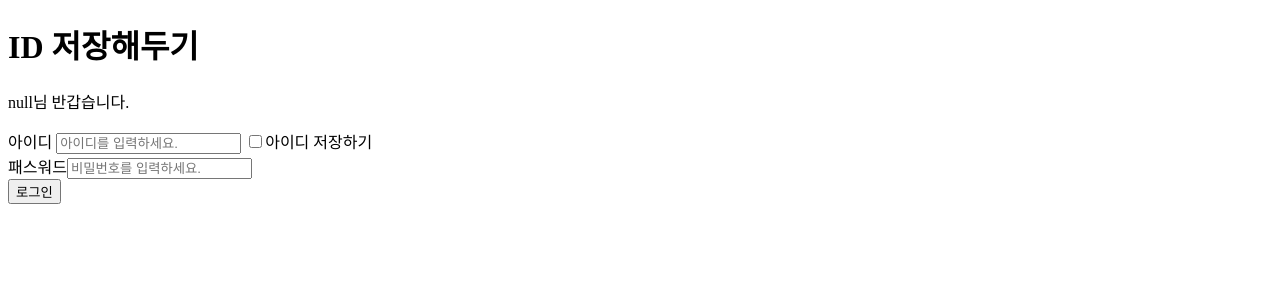
Repository: pro-hk/jsp
Page: http://localhost/chap05/id_save_session.jsp
The author's editor kept a copy of each file at every save. The page is drawn from the files as they stood at one save, then again after the next save.
The browser window is 1280 px wide. The pictures show the whole page.
The page is served by Tomcat 9.

Above is the page before, as saved 2022-01-25 04:55:10.

### chap05/src/main/webapp/id_save_session.jsp
<%@ page language="java" contentType="text/html; charset=UTF-8"
    pageEncoding="UTF-8"%>
<%
	String loginID = "";
	String isChecked = "";
	// 쿠키 읽기
	Cookie cookies[] = request.getCookies();
	if(cookies!=null) {
		for(Cookie cookie : cookies) {
			String cookieName = cookie.getName();
			if(cookieName.equals("loginID")) {
				loginID = cookie.getValue();
			}
		}
	}
	if(!loginID.equals("")) isChecked = "checked";

	String login_user = (String)session.getAttribute("login_user");
%>
<!DOCTYPE html>
<html>
<head>
<meta charset="UTF-8">
<title>ID저장</title>
</head>
<body>
	<h1>ID 저장해두기</h1>
	<p><%= login_user %>님 반갑습니다.</p>
	<form action="id_save_session_process.jsp" method="post">
		<div>
			<label>
				<span>아이디</span>
				<input type="text" name="user_id" value="<%= loginID %>" placeholder="아이디를 입력하세요.">
			</label>
			<label><input type="checkbox" name="save_check" value="yes" <%= isChecked %>>아이디 저장하기</label>
		</div>
		<div>
			<label><span>패스워드</span><input type="password" name="user_pw" placeholder="비밀번호를 입력하세요."></label>
		</div>
		<div>
			<button>로그인</button>
		</div>
	</form>
</body>
</html>

After the next save:
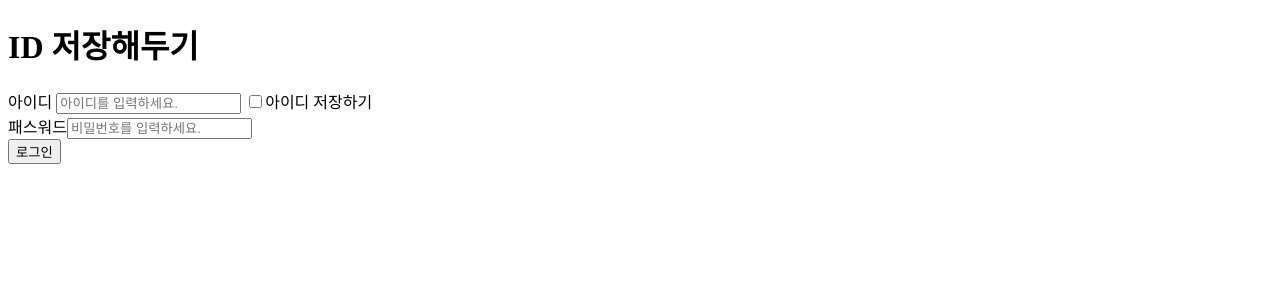
Saved 30 s later.
--- a/chap05/src/main/webapp/id_save_session.jsp
+++ b/chap05/src/main/webapp/id_save_session.jsp
@@ -25,7 +25,6 @@
 </head>
 <body>
 	<h1>ID 저장해두기</h1>
-	<p><%= login_user %>님 반갑습니다.</p>
 	<form action="id_save_session_process.jsp" method="post">
 		<div>
 			<label>

After the save that followed:
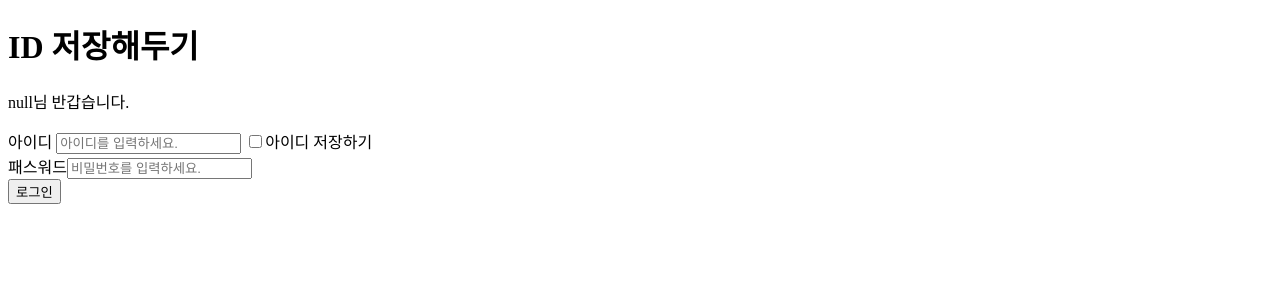
Saved 48 s later.
--- a/chap05/src/main/webapp/id_save_session.jsp
+++ b/chap05/src/main/webapp/id_save_session.jsp
@@ -25,6 +25,7 @@
 </head>
 <body>
 	<h1>ID 저장해두기</h1>
+	<p><%= login_user %>님 반갑습니다.</p>
 	<form action="id_save_session_process.jsp" method="post">
 		<div>
 			<label>
